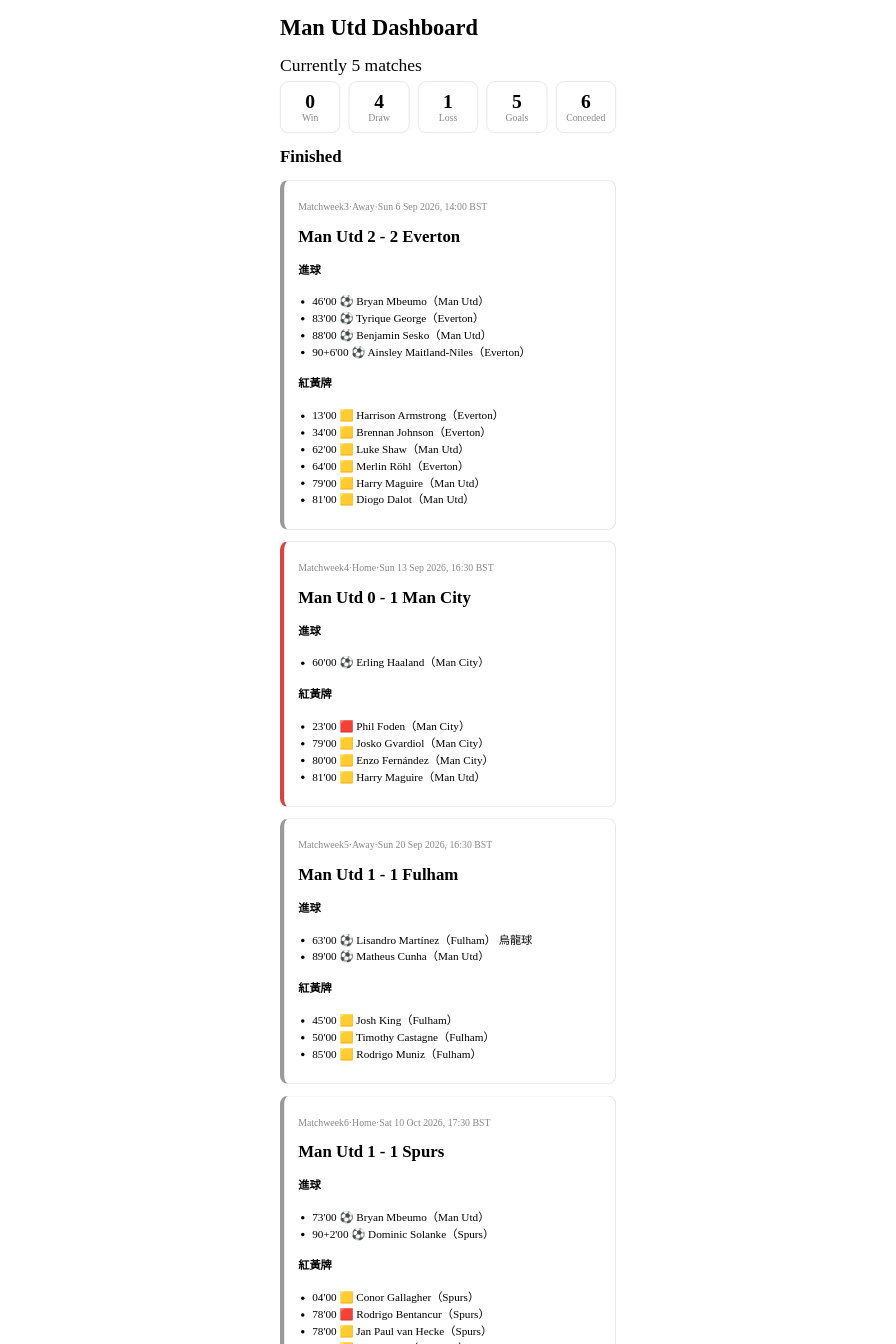
Repository: Chengyu0814/Premier-League-Dashboard
Page: / (app in frontend/)
An editor plug-in stored every save of this project. The page is shown before and after the next save, followed by the edit.
The browser window is 1280 px wide. The pictures show the part of the page from y = 0 to 1920 px (the page is 2992 px tall before and 2962 px after), at 70% of full size.
The project was rebuilt for these pictures with package versions that can differ from the ones it lists, and the page was loaded fresh each time. Also part of the build but not shown: frontend/vite.config.js.

Above is the page before, as saved 2026-10-27 14:14:58.

After the next save:
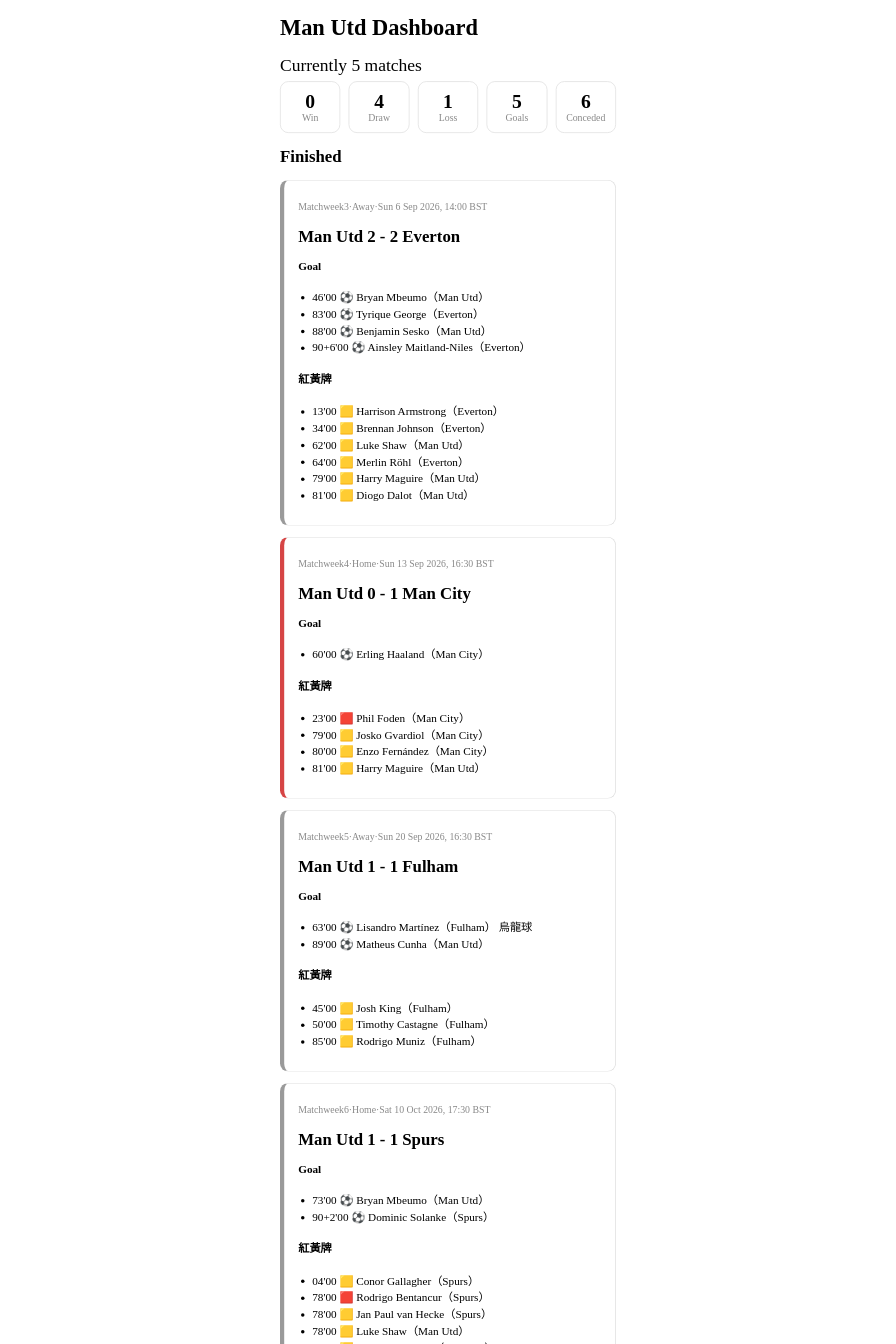
Saved 23 s later.
--- a/frontend/src/MatchCard.jsx
+++ b/frontend/src/MatchCard.jsx
@@ -21,7 +21,7 @@
     <p className="kickoff">Matchweek{gameweek}·{venue}·{kickoff}</p>
     <h2>{us.team} {us.score} - {them.score} {them.team}</h2>
 
-    <h4>進球</h4>
+    <h4>Goal</h4>
     <ul>
     {goals.map((g, i) => (
       <li key={i}>
